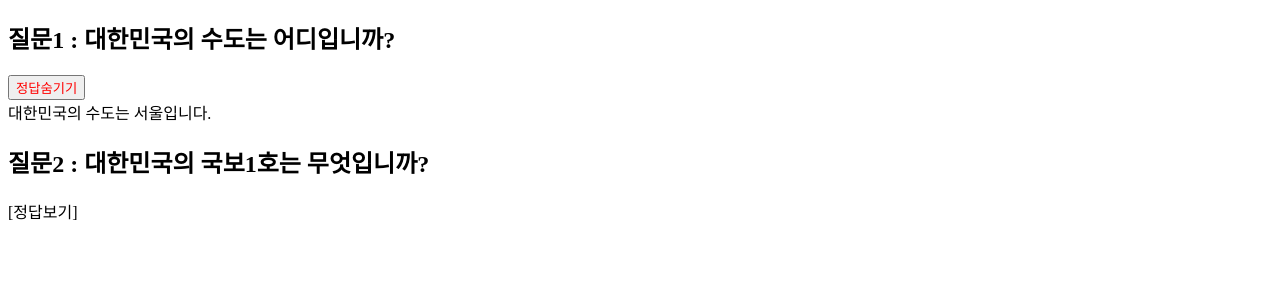
Repository: yoojisoo/YONSAI
Page: http://localhost/teatJava/html/script05.jsp
An editor plug-in stored every save of this project. The page is shown before and after the next save, followed by the edit.
The browser window is 1280 px wide. The pictures show the whole page.
After loading, the first visible `button.q1` was clicked once.
The page is served by Tomcat 9.

Above is the page before, as saved 2021-08-20 06:15:48.

After the next save:
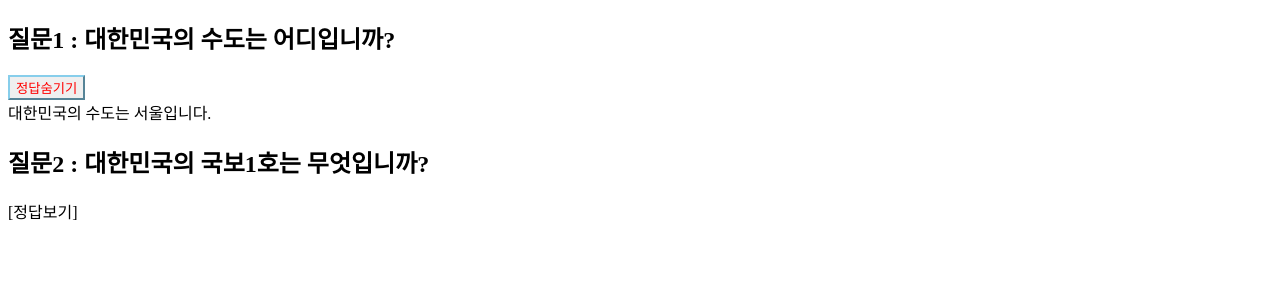
Saved 54 s later.
--- a/jsworkspace/teatJava/src/main/webapp/html/script05.jsp
+++ b/jsworkspace/teatJava/src/main/webapp/html/script05.jsp
@@ -15,7 +15,7 @@
 				if(count1%2==1){
 					$("ans.q1").show();
 					$("button.q1").text("정답숨기기");
-					$("button.q1").css({"color":"red"});
+					$("button.q1").css({"color":"red","border-line":"1px","border-color":"skyblue"});
 
 				}else{
 					$("ans.q1").hide();
